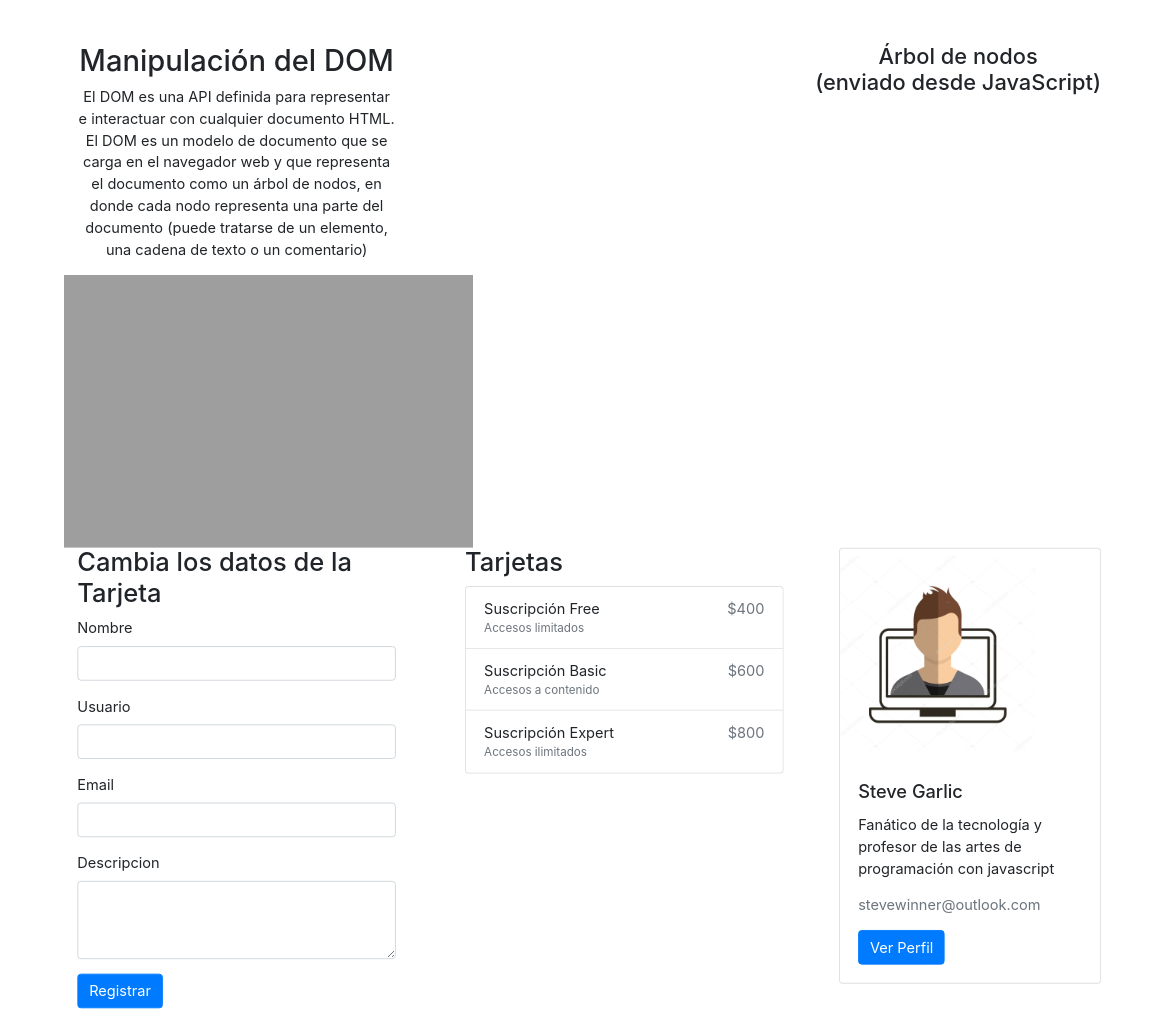
Repository: pedro-donoso/manipulacion-dom
Page: index.html
An editor plug-in stored every save of this project. The page is shown before and after the next save, followed by the edit.
The browser window is 1280 px wide. The pictures show the whole page, at 91% of full size.
Pictures or frames that could not be fetched are drawn as grey boxes.

Above is the page before, as saved 2024-02-06 14:18:18.

### index.html
<!doctype html>
<html lang="es">

<head>
    <!-- Required meta tags -->
    <meta charset="utf-8">
    <meta name="viewport" content="width=device-width, initial-scale=1, shrink-to-fit=no">

    <!-- Bootstrap CSS -->
    <link rel="stylesheet" href="https://cdn.jsdelivr.net/npm/bootstrap@4.3.1/dist/css/bootstrap.min.css"
        integrity="sha384-ggOyR0iXCbMQv3Xipma34MD+dH/1fQ784/j6cY/iJTQUOhcWr7x9JvoRxT2MZw1T" crossorigin="anonymous">

    <title>Manipulación del DOM</title>
</head>

<body>

    <main class="container">

        <!-- 1- AGREGO CLASE container PARA MANIPULAR ESTE PÁRRAFO -->
        <div class="row mt-5 text-center justify-content-between" id="contenedor">
            <div class="col-4 col-md-4">
                <h2>Manipulación del DOM</h2>
                <p class="text-center">
                    El DOM es una API definida para representar e interactuar con cualquier documento HTML.
                    El DOM es un modelo de documento que se carga en el navegador web y que representa el documento como un árbol de
                    nodos, en donde cada nodo representa una parte del documento (puede tratarse de un elemento, una
                    cadena de texto o un comentario)
                </p>
            </div>
        </div>
        <div class="row justify-content-between">
            <div class="col-4 col-md-4">
                <h3>Cambia los datos de la Tarjeta</h3>
                <!-- 15- AGREGO id PARA ESCUCHAR EVENTO CLICK -->
                <form id="formulario">
                    <!-- 21- AGREGO ID DE CADA CAMPO -->
                    <label>Nombre</label>
                    <input type="text" class="form-control mb-3" id="nombre">
                    <label>Usuario</label>
                    <input type="text" class="form-control mb-3" id="usuario">
                    <label>Email</label>
                    <input type="email" class="form-control mb-3" id="email">
                    <label>Descripcion</label>
                    <textarea rows="3" class="form-control mb-3" id="descripcion"></textarea>
                    <div>
                        <button class="btn btn-primary mb-3">Registrar</button>
                    </div>
                </form>
            </div>
            <div class="col-4 col-md-4">
                <h3>Tarjetas</h3>
                <div class="card">
                    <ul class="list-group list-group-flush">
                        <li class="list-group-item d-flex justify-content-between">
                            <div class="d-flex flex-column">
                                <span>Suscripción Free</span>
                                <small class="text-muted">Accesos limitados</small>
                            </div>
                            <div>
                                <span class="text-muted">$400</span>
                            </div>
                        </li>
                        <li class="list-group-item d-flex justify-content-between">
                            <div class="d-flex flex-column">
                                <span>Suscripción Basic</span>
                                <small class="text-muted">Accesos a contenido</small>
                            </div>
                            <div>
                                <span class="text-muted">$600</span>
                            </div>
                        </li>
                        <li class="list-group-item d-flex justify-content-between">
                            <div class="d-flex flex-column">
                                <span>Suscripción Expert</span>
                                <small class="text-muted">Accesos ilimitados</small>
                            </div>
                            <div>
                                <span class="text-muted">$800</span>
                            </div>
                        </li>
                    </ul>
                </div>
            </div>

            <!-- 8- AGREGO CARD -->
        <!-- 13- AGREGO ID PARA CAPTURAR CONTENEDOR -->
        <div class="row" id="contenedor_tarjeta">

        </div>

        </div>

    </main>

    <!-- Optional JavaScript -->
    <!-- jQuery first, then Popper.js, then Bootstrap JS -->
    <script src="https://code.jquery.com/jquery-3.3.1.slim.min.js"
        integrity="sha384-q8i/X+965DzO0rT7abK41JStQIAqVgRVzpbzo5smXKp4YfRvH+8abtTE1Pi6jizo"
        crossorigin="anonymous"></script>
    <script src="https://cdn.jsdelivr.net/npm/popper.js@1.14.7/dist/umd/popper.min.js"
        integrity="sha384-UO2eT0CpHqdSJQ6hJty5KVphtPhzWj9WO1clHTMGa3JDZwrnQq4sF86dIHNDz0W1"
        crossorigin="anonymous"></script>
    <script src="https://cdn.jsdelivr.net/npm/bootstrap@4.3.1/dist/js/bootstrap.min.js"
        integrity="sha384-JjSmVgyd0p3pXB1rRibZUAYoIIy6OrQ6VrjIEaFf/nJGzIxFDsf4x0xIM+B07jRM"
        crossorigin="anonymous"></script>

    <script src="./app.js"></script>
</body>

</html>

### app.js
// 2- CREO VARIABLE PARA MANIPULAR HTML
let contenedor = document.querySelector("#contenedor");

// 3- CREAR ELEMENTO SUBTITULO Y LE AGREGO PROPIEDADES
let subtitulo = document.createElement("h4");
subtitulo.innerText = "Árbol de nodos \n (enviado desde JavaScript)";

// 4- OBTENER EL CUERPO DEL DOCUMENTO
let body = document.body;

// 5- AGREGAR EL NUEVO ELEMENTO AL CUERPO DEL DOCUMENTO
body.appendChild(subtitulo);

// 6- AGREGO IMAGEN
let imagen = document.createElement("img");
imagen.src =
  "https://www.freecodecamp.org/news/content/images/2021/09/Document.jpg";
imagen.width = "450";
imagen.height = "300";
imagen.alt = "árbol de nodos";

// 7- AGREGO ELEMENTOS AL CONTENEDOR
contenedor.append(subtitulo, imagen);

// 13- AGREGO CONSTRUCTOR
const autor = {
  nombre: "Steve Garlic",
  usuario: "",
  email: "stevewinner@outlook.com",
  descripcion:
    "Fanático de la tecnología y profesor de las artes de programación con javascript",
  imagen: "./img/icono.jpg"
};

// 19- Agrego const crearTarjeta y agrego todas las funciones del código
const crearTarjeta = () => {
  // 25- CREO DOCUMENTO VACIO
  document.querySelector("#contenedor_tarjeta").innerHTML = "";

  // 9- CREO ESTRUCTURA DEL CODIGO
  let columnaTarjeta = document.createElement("div");
  columnaTarjeta.className = "col";

  // 10- CREO TEMPLATE STRING DEL CONTENIDO DE LA TARJETA AUTOR
  // 14- AGREGO DATOS DEL CONSTRUCTOR (13)
  // 17- CREO EVENTO onclick
  // 19- LLAMAR A eventoClick CON event
  let tarjetaAutor = ` <div class="card" style="width: 18rem;">
        <img class="card-img-top pt-2 w-75" src="${autor.imagen}" alt="Card image cap">
        <div class="card-body">
        <h4 class="card-title">${autor.usuario}</h4>
            <h5 class="card-title">${autor.nombre}</h5>
            <p class="card-text">${autor.descripcion}</p>
            <p class="text-muted">${autor.email}</p>
            <button class="btn btn-primary" onclick="eventoClick(event)">Ver Perfil</button>
        </div>
    </div>`;

  // 11- AGREGO TEMPLATE STRING A columnaTarjeta (HIJO)
  columnaTarjeta.innerHTML = tarjetaAutor;

  // 12- AGREGO columnaTarjeta AL CONTENEDOR (PADRE) MEDIANTE LA SELECCIÓN DEL ID #contenedor_tarjeta
  document.querySelector("#contenedor_tarjeta").append(columnaTarjeta);
};

// 16- Creo constante modificarAutor para agregarla al form en index.html, la función recibirá un evento
  const modificarAutor= (event) => {
    console.log(event);
    event.preventDefault();

    // 22- CAPTURO CAMPOS DEL FORMULARIO
    let nombre = document.querySelector("#nombre").value;
    let usuario = document.querySelector("#usuario").value;
    let email = document.querySelector("#email").value;
     let descripcion = document.querySelector("#descripcion").value;

    // 23- LLAMO A LA CONSTANTE AUTOR
    autor.nombre = nombre;
    autor.usuario = usuario;
    autor.email = email;
    autor.descripcion = descripcion;

    // 24- SE VUELVE A CREAR LA TARJETA CON LOS NUEVOS DATOS
    crearTarjeta();
  };


// 18- CAPTURO EVENTO CLIC DEL BOTON EN EL form MEDIANTE EL ID formulario
document.getElementById("formulario").addEventListener("submit",modificarAutor);

// 20- LLAMO A LA FUNCIÓN
crearTarjeta();

After the next save:
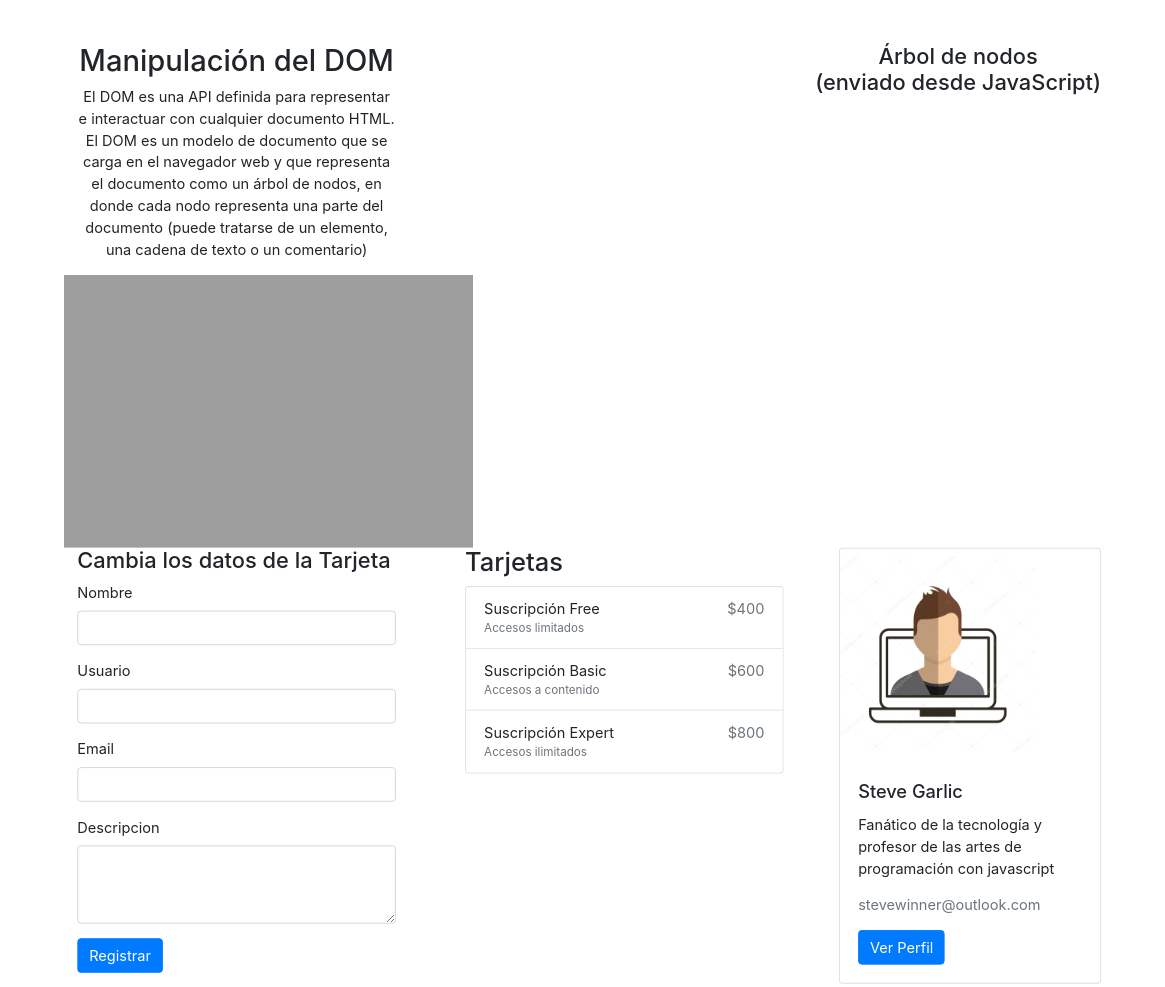
Saved 15 s later.
--- a/index.html
+++ b/index.html
@@ -31,7 +31,7 @@
         </div>
         <div class="row justify-content-between">
             <div class="col-4 col-md-4">
-                <h3>Cambia los datos de la Tarjeta</h3>
+                <h4>Cambia los datos de la Tarjeta</h4>
                 <!-- 15- AGREGO id PARA ESCUCHAR EVENTO CLICK -->
                 <form id="formulario">
                     <!-- 21- AGREGO ID DE CADA CAMPO -->
